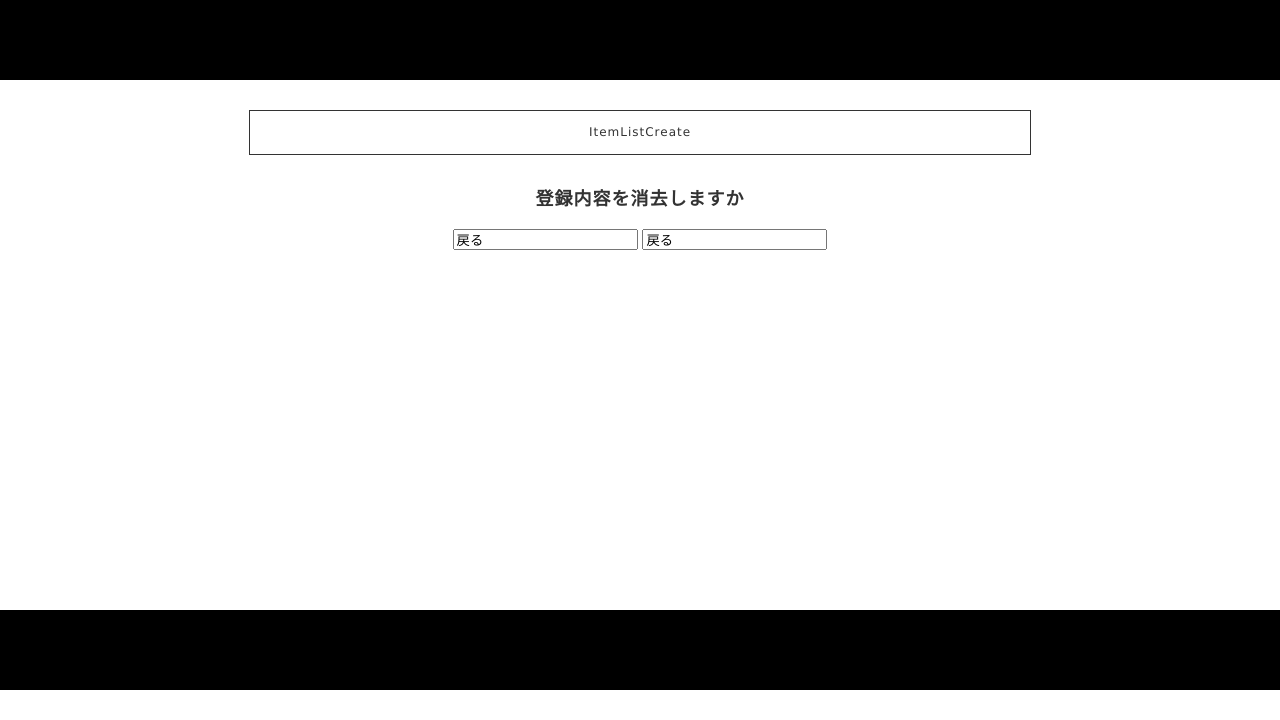
Repository: koyaman11/test
Page: http://localhost/Ecsite/ItemListDeleteConfirm.jsp
The author's editor kept a copy of each file at every save. The page is drawn from the files as they stood at one save, then again after the next save.
The browser window is 1280 px wide. The pictures show the whole page.
The page is served by Tomcat 9. Nobody is signed in. The application's start-up code is not run.

Above is the page before, as saved 2018-10-29 02:42:55.

After the next save:
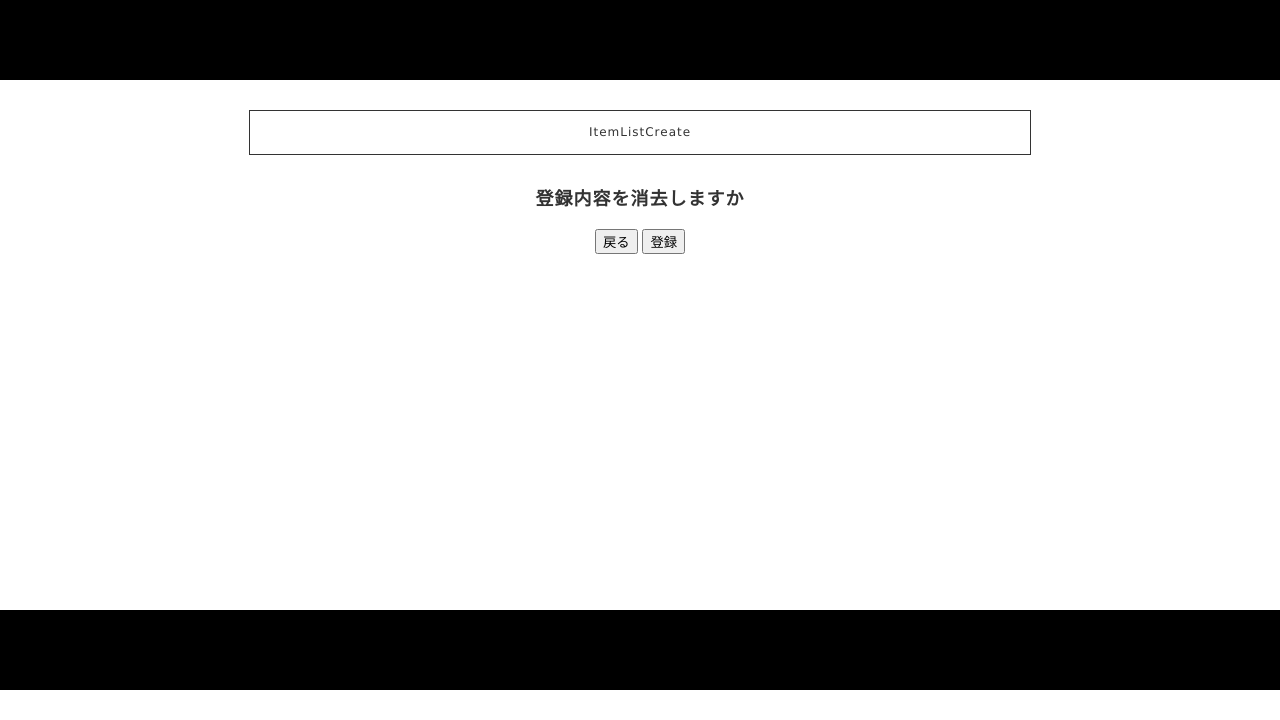
Saved 2 min 7 s later.
--- a/Ecsite/WebContent/ItemListDeleteConfirm.jsp
+++ b/Ecsite/WebContent/ItemListDeleteConfirm.jsp
@@ -81,8 +81,8 @@
 <div>
 <h2>登録内容を消去しますか</h2>
 <tr>
-<td><input type="botton" value="戻る" onclick="submitAction('ItemListAction')"/></td>
-<td><input type="botton" value="戻る" onclick="submitAction('ItemListCreateAction')"/></td>
+<td><input type="button" value="戻る" onclick="submitAction('ItemListAction')"/></td>
+<td><input type="button" value="登録" onclick="submitAction('ItemListCreateAction')"/></td>
 </tr>
 </div>
 </div>
